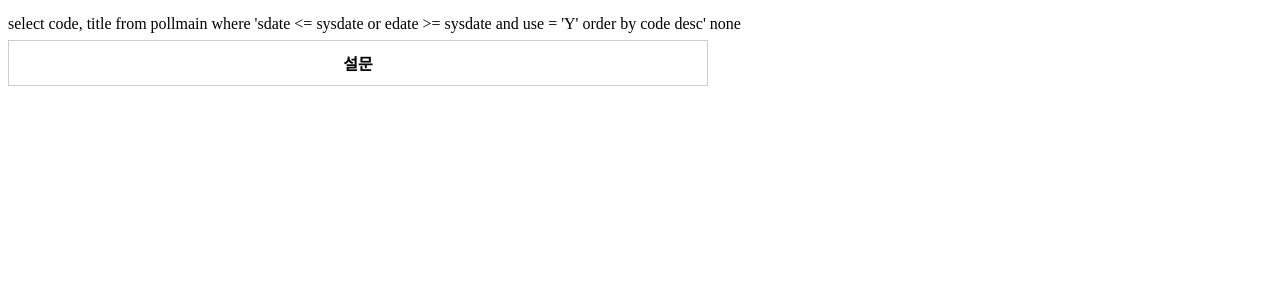
Repository: kgh2037/study
Page: http://localhost/project_servlet1/poll/main.jsp
An editor plug-in stored every save of this project. The page is shown before and after a run of saves, followed by the edit.
The browser window is 1280 px wide. The pictures show the whole page.
The page is served by Tomcat 9. Other server files are loaded and not shown. Queries for data that is not in the repository find no rows.

Above is the page before, as saved 2023-07-10 04:52:29.

### project_servlet1/src/main/webapp/poll/main.jsp
<%@ page language="java" contentType="text/html; charset=UTF-8"
    pageEncoding="UTF-8"%>
<%@page import="java.sql.*"%>
<%@page import="com.DbConnect"%>

<%
Connection connect = DbConnect.oracleCon();

String sql2 = "select sdate, edate from pollmain";
Statement stmt = connect.createStatement();
ResultSet rs2 = stmt.executeQuery(sql2);

String sdate = rs2.getString("sdate");
String edate = rs2.getString("edate");

String where = "";
	if(sdate == edate){
		where = "sdate <= sysdate or edate >= sysdate and use = 'Y' order by code desc";
	} else {
		where = "sdate <= sysdate and edate >= sysdate and use = 'Y' order by code desc";
	}


String sql = "select code, title from pollmain where '"+where+"'";
ResultSet rs = stmt.executeQuery(sql);
/* String sql = "select code, title from pollmain where sdate <= sysdate and edate >= sysdate "
				+ "and use = 'Y' order by code desc";
ResultSet rs = stmt.executeQuery(sql); */
%>

<%=sql  %>
<%=rs  %>

<!DOCTYPE html>
<html>
<head>
<meta charset="UTF-8">
<title>main</title>
</head>

<script>
	function fn_popup1(code) {
		var url = "pollEnter.jsp?code="+code;
		window.open(url,"응모화면","width=400,height=300");
	}
	function fn_popup2(code) {
		var url = "pollResult.jsp?code="+code;
		window.open(url,"결과화면","width=400,height=300");
	}
</script>

<style>
body {
	font-size : 16px;
	font-family : 맑은고딕;
	line-height : 2.0;
}
.table1 {
	width : 700px;
	border : 1px solid #ccc;
	border-collapse : collapse; /*cell간격*/
}
.table1 th,td {
	padding : 5px;
	border : 1px solid #ccc;
	height : 45px;
}
</style>
<body>
	<table class = "table1">
		<tr align = "center">
			<th>설문</th>
		</tr>
		<%
		int cnt=0;
		while(rs.next()) {
			String code = rs.getString("code");
			String title = rs.getString("title");
		cnt++;
		%>
	 <tr align="center">
	      <td width="10%"><%=cnt %></td>
	      <td align="left"><%=title %></td>
	      <td width="27%">
	         <button type="button" onclick="fn_popup1('<%=code %>')">응모</button>
	         <button type="button" onclick="fn_popup2('<%=code %>')">결과</button>
	      </td>
	   </tr>
		<%
		}
		%>
	</table>

</body>
</html>

### project_servlet1/src/main/java/com/DbConnect.java
package com;

import java.sql.Connection;
import java.sql.DriverManager;

public class DbConnect {
	public static Connection oracleCon() {
		Connection connection = null;
		try {
			Class.forName("oracle.jdbc.OracleDriver");
			connection = DriverManager.getConnection("jdbc:oracle:thin:@//localhost:1521/orcl","c##java","1234");

		} catch(Exception e) {
			System.out.println("DB 연결 실패");
		}
		return connection;
	}
}

After the next 3 saves:
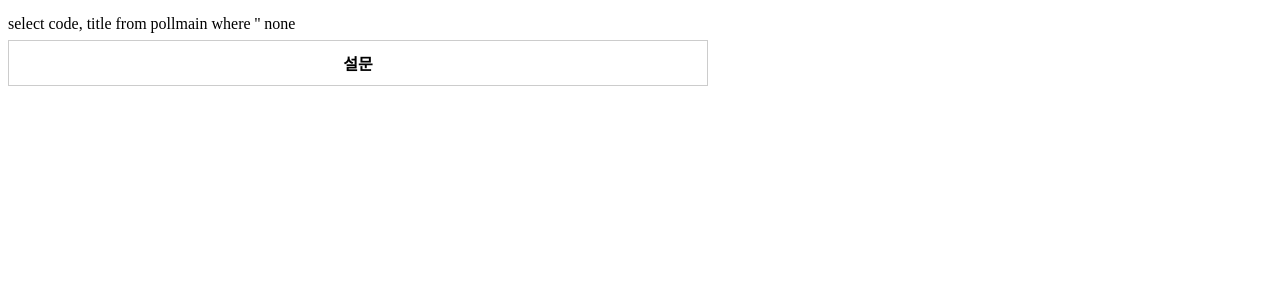
The 3 saves are shown as one change because 2 did not build or start.
The last was saved 56 s later.
--- a/project_servlet1/src/main/webapp/poll/main.jsp
+++ b/project_servlet1/src/main/webapp/poll/main.jsp
@@ -10,15 +10,17 @@ String sql2 = "select sdate, edate from pollmain";
 Statement stmt = connect.createStatement();
 ResultSet rs2 = stmt.executeQuery(sql2);
 
-String sdate = rs2.getString("sdate");
-String edate = rs2.getString("edate");
+String where = "";
+while(rs2.next()) {
+	String sdate = rs2.getString("sdate");
+	String edate = rs2.getString("edate");
 
-String where = "";
 	if(sdate == edate){
 		where = "sdate <= sysdate or edate >= sysdate and use = 'Y' order by code desc";
 	} else {
 		where = "sdate <= sysdate and edate >= sysdate and use = 'Y' order by code desc";
 	}
+}
 
 
 String sql = "select code, title from pollmain where '"+where+"'";
